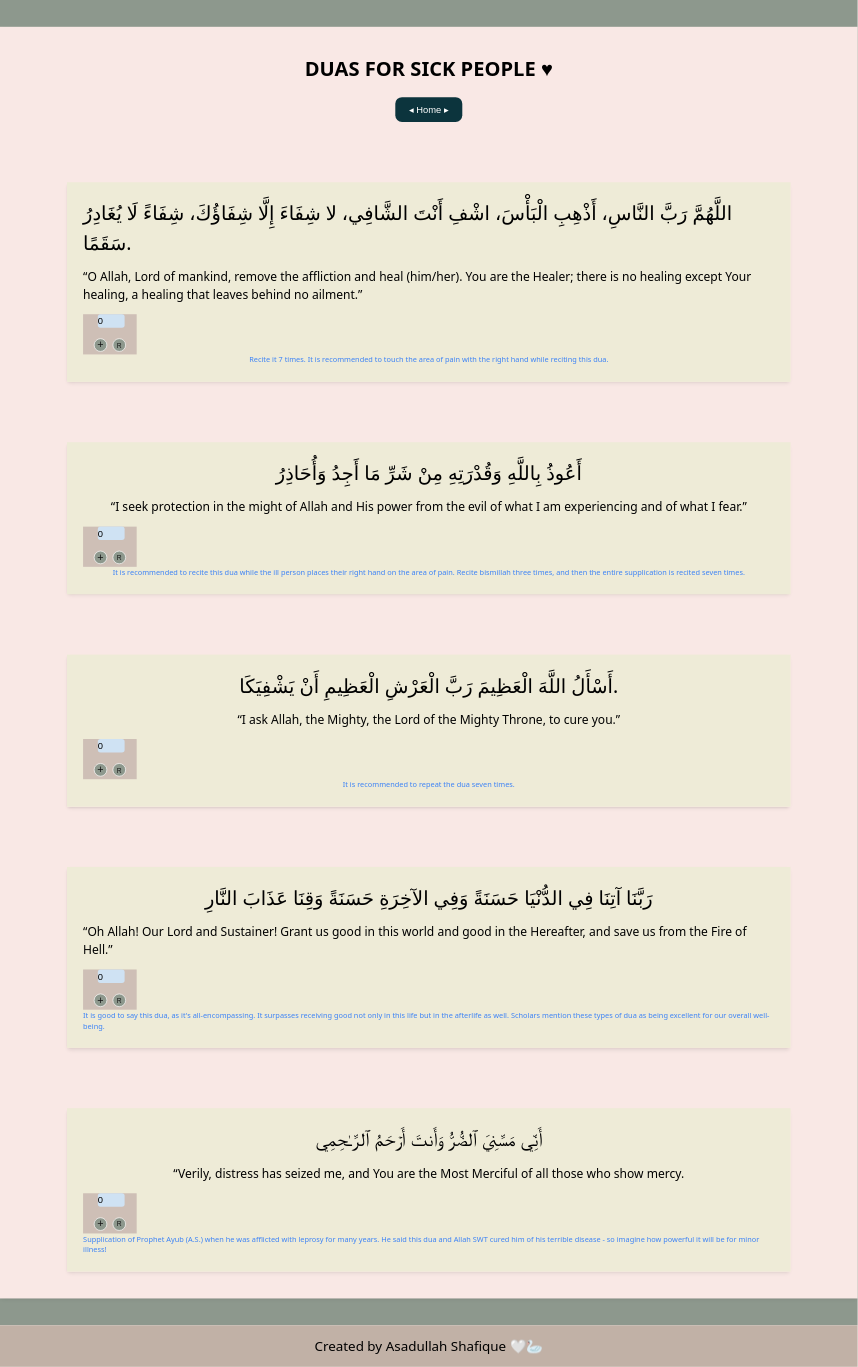
Repository: asadullah48/Duas_Diary
Page: /sick
These files come from the project's save history. The page is drawn as it stood at one moment and after the next save; the edit follows.
The browser window is 1280 px wide. The pictures show the whole page, at 67% of full size.
The project was rebuilt for these pictures with package versions that can differ from the ones it lists, and the page was loaded fresh each time. The framework's server and built-in components were replaced by stand-ins that run in the browser. Also part of the build but not shown: next.config.ts.

Above is the page before, as saved 2024-11-30 10:12:07.

### src/app/layout.tsx
import type { Metadata } from "next";
import localFont from "next/font/local";
import "./globals.css";
import Footer from "../components/footer";

const geistSans = localFont({
  src: "./fonts/GeistVF.woff",
  variable: "--font-geist-sans",
  weight: "100 900",
});
const geistMono = localFont({
  src: "./fonts/GeistMonoVF.woff",
  variable: "--font-geist-mono",
  weight: "100 900",
});

export const metadata: Metadata = {
  title: "Create Next App",
  description: "Generated by create next app",
};

export default function RootLayout({
  children,
}: Readonly<{
  children: React.ReactNode;
}>) {
  return (
    <html lang="en">
      <body
        className={`${geistSans.variable} ${geistMono.variable} antialiased`}
      >
        {children}
        <Footer/>
      </body>
    </html>
  );
}

### src/app/sick/page.tsx
import Link from "next/link";
import LightPinkSection from "@/components/props";
import Button from "@/components/button";

export default function Sick() {
  return (
    <div className="w-full h-auto bg-[#8D988D] flex justify-center items-center py-10">
      <div className="w-[95%] lg:w-[1300px] h-auto bg-[#F9E8E5] p-5 lg:p-10 rounded-md shadow-md">
        <div className="font-sans font-bold text-[24px] lg:text-[30px] text-black text-center mb-5">
          DUAS FOR SICK PEOPLE ♥
        </div>
        <Link href="/">
          <button className="bg-[#0c343d] text-white text-[12px] lg:text-[14px] mt-3 mb-5 mx-auto block rounded-[10px] px-5 py-2">
            ◂ Home ▸
          </button>
        </Link>

        {/* Dua Sections */}
        <LightPinkSection
          paragraph="اللَّهُمَّ رَبَّ النَّاسِ، أَذْهِبِ الْبَأْسَ، اشْفِ أَنْتَ الشَّافِي، لا شِفَاءَ إِلَّا شِفَاؤُكَ، شِفَاءً لَا يُغَادِرُ سَقَمًا."
          paragraph2="“O Allah, Lord of mankind, remove the affliction and heal (him/her). You are the Healer; there is no healing except Your healing, a healing that leaves behind no ailment.”"
          buttonText={<Button />}
          note="Recite it 7 times. It is recommended to touch the area of pain with the right hand while reciting this dua."
        />
        <LightPinkSection
          paragraph="أَعُوذُ بِاللَّهِ وَقُدْرَتِهِ مِنْ شَرِّ مَا أَجِدُ وَأُحَاذِرُ"
          paragraph2="“I seek protection in the might of Allah and His power from the evil of what I am experiencing and of what I fear.”"
          buttonText={<Button />}
          note="It is recommended to recite this dua while the ill person places their right hand on the area of pain. Recite bismillah three times, and then the entire supplication is recited seven times."
        />
        <LightPinkSection
          paragraph="أَسْأَلُ اللَّهَ الْعَظِيمَ رَبَّ الْعَرْشِ الْعَظِيمِ أَنْ يَشْفِيَكَا."
          paragraph2="“I ask Allah, the Mighty, the Lord of the Mighty Throne, to cure you.”"
          buttonText={<Button />}
          note="It is recommended to repeat the dua seven times."
        />
        <LightPinkSection
          paragraph="رَبَّنَا آتِنَا فِي الدُّنْيَا حَسَنَةً وَفِي الآخِرَةِ حَسَنَةً وَقِنَا عَذَابَ النَّارِ"
          paragraph2="“Oh Allah! Our Lord and Sustainer! Grant us good in this world and good in the Hereafter, and save us from the Fire of Hell.”"
          buttonText={<Button />}
          note="It is good to say this dua, as it's all-encompassing. It surpasses receiving good not only in this life but in the afterlife as well. Scholars mention these types of dua as being excellent for our overall well-being."
        />
        <LightPinkSection
          paragraph="أَنِّي مَسَّنِيَ ٱلضُّرُّ وَأَنتَ أَرۡحَمُ ٱلرَّـٰحِمِي"
          paragraph2="“Verily, distress has seized me, and You are the Most Merciful of all those who show mercy."
          buttonText={<Button />}
          note="Supplication of Prophet Ayub (A.S.) when he was afflicted with leprosy for many years. He said this dua and Allah SWT cured him of his terrible disease - so imagine how powerful it will be for minor illness!"
        />
      </div>
    </div>
  );
}

### src/components/footer.tsx
// components/Footer.tsx
export default function Footer() {
    return (
      <footer className="w-full bg-[#C1B1A6] py-4">
        <div className="text-center text-black font-sans text-[16px] sm:text-[18px] lg:text-[20px]">
          Created by Asadullah Shafique 🤍🦢
        </div>
      </footer>
    );
  }

### src/components/props.tsx
import { ReactNode } from "react";

type SectionProps = {
  paragraph: string;
  buttonText: ReactNode;
  paragraph2: string;
  note: string; // Allows JSX elements, strings, or components
};

export default function LightPinkSection({
  paragraph,
  buttonText,
  paragraph2,
  note,
}: SectionProps) {
  return (
    <div className="w-[90%] bg-[#ececd3c5] p-6 rounded-lg mx-auto shadow-md mt-[90px]">
      <p className="text-black text-[29px] font-sans mb-4 flex justify-center">
        {paragraph}
      </p>
      <p className="text-black text-[18px] font-sans mb-4 flex justify-center">
        {paragraph2}
      </p>
      <div>{buttonText}</div>
      <p className="text-blue-500 text-[11px] font-sans flex justify-center">
        {note}
      </p>
    </div>
  );
}

### src/components/button.tsx
"use client";

import { useState } from "react";

export default function Button() {
  // hook, event ke against ui ko update krna
  let [count, setcount] = useState(0); //returns array ik element hota hai jese yaha pr 0 hai  ik function aur jo function hota hai woh humari value hoti h
  console.log(count);

  const handleClick = () => {
    setcount(count + 1); //re-renders new value
  };

  const handleReset = () => {
    setcount(0); // reset back to 0
  };

  return (
    <div className="bg-[#CEBFB6] w-[80px] h-[60px] flex flex-col items-center justify-between">
      <p className="text-black w-[40px] flex text-sm bg-[#cfe2f3] rounded ml-1">
        {count}
      </p>

      <div className="flex space-x-2 mt-2">
        <button
          onClick={handleClick}
          className="bg-[#8D988D] w-[20px] h-[20px] px-1 py-1 rounded-full border mt-1 mb-1 border-white flex items-center justify-center text-center"
        >
          +
        </button>

        {/* Reset Button */}
        <button
          onClick={handleReset}
          className="bg-[#8D988D] w-[20px] h-[20px] px-1 py-1 rounded-full border mt-1 mb-1 border-white flex items-center justify-center text-[10px] text-center"
        >
          R
        </button>
      </div>
    </div>
  );
}

Loaded but not shown: src/app/globals.css (common file); tailwind.config.ts (common file)

After the next save:
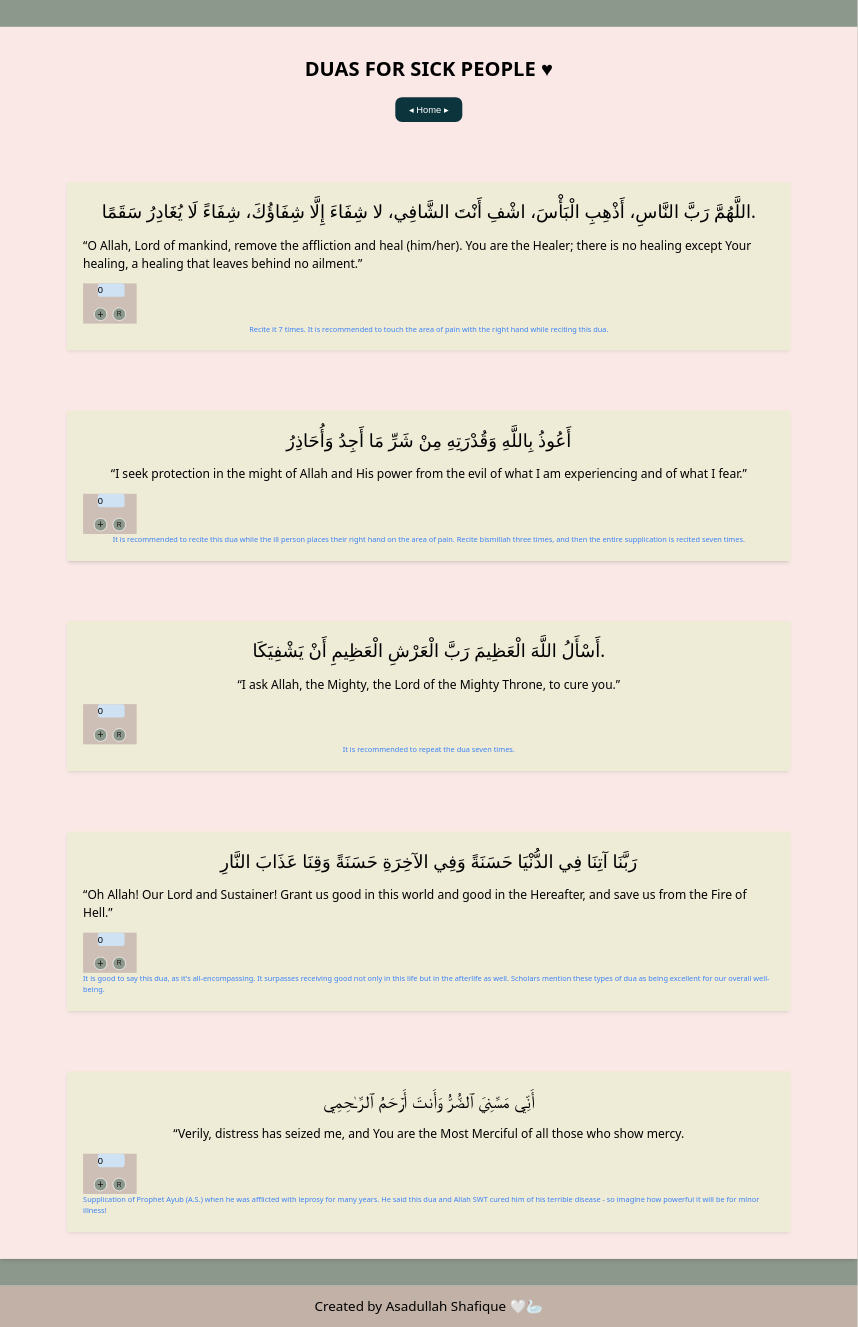
Saved 9 s later.
--- a/src/components/props.tsx
+++ b/src/components/props.tsx
@@ -15,7 +15,7 @@ export default function LightPinkSection({
 }: SectionProps) {
   return (
     <div className="w-[90%] bg-[#ececd3c5] p-6 rounded-lg mx-auto shadow-md mt-[90px]">
-      <p className="text-black text-[29px] font-sans mb-4 flex justify-center">
+      <p className="text-black text-[27px] font-sans mb-4 flex justify-center">
         {paragraph}
       </p>
       <p className="text-black text-[18px] font-sans mb-4 flex justify-center">
